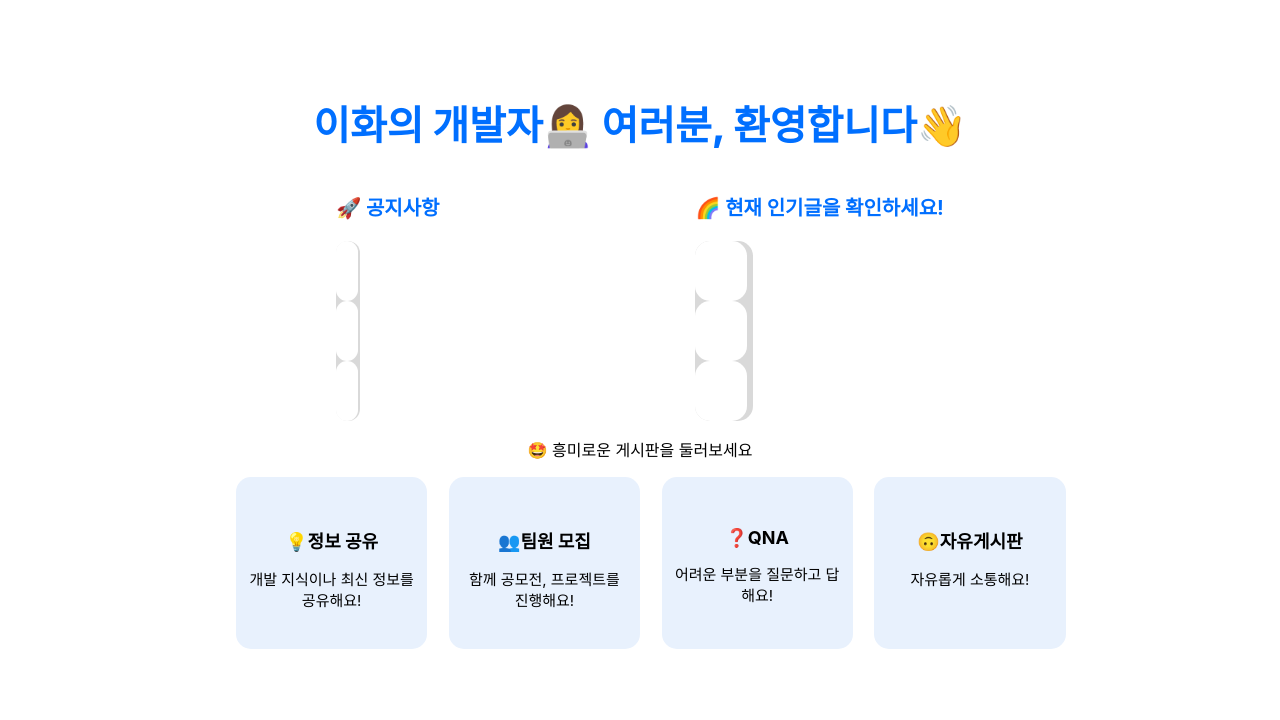
Repository: TeamCosine/Front
Page: /home
These files come from the project's save history. The page is drawn as it stood at one moment and after a run of saves; the edit follows.
The browser window is 1280 px wide. The pictures show the whole page.
The project was rebuilt for these pictures with package versions that can differ from the ones it lists, and the page was loaded fresh each time. Also part of the build but not shown: src/pages/Profile.js, src/pages/Login.js, src/components/MyInfo/Card.js, src/pages/MyInfo.js, src/pages/Write.js, src/components/common/Title.js, src/pages/Qna.js, src/pages/Invite.js.

Above is the page before, as saved 2023-07-15 22:00:04.

After the next 4 saves:
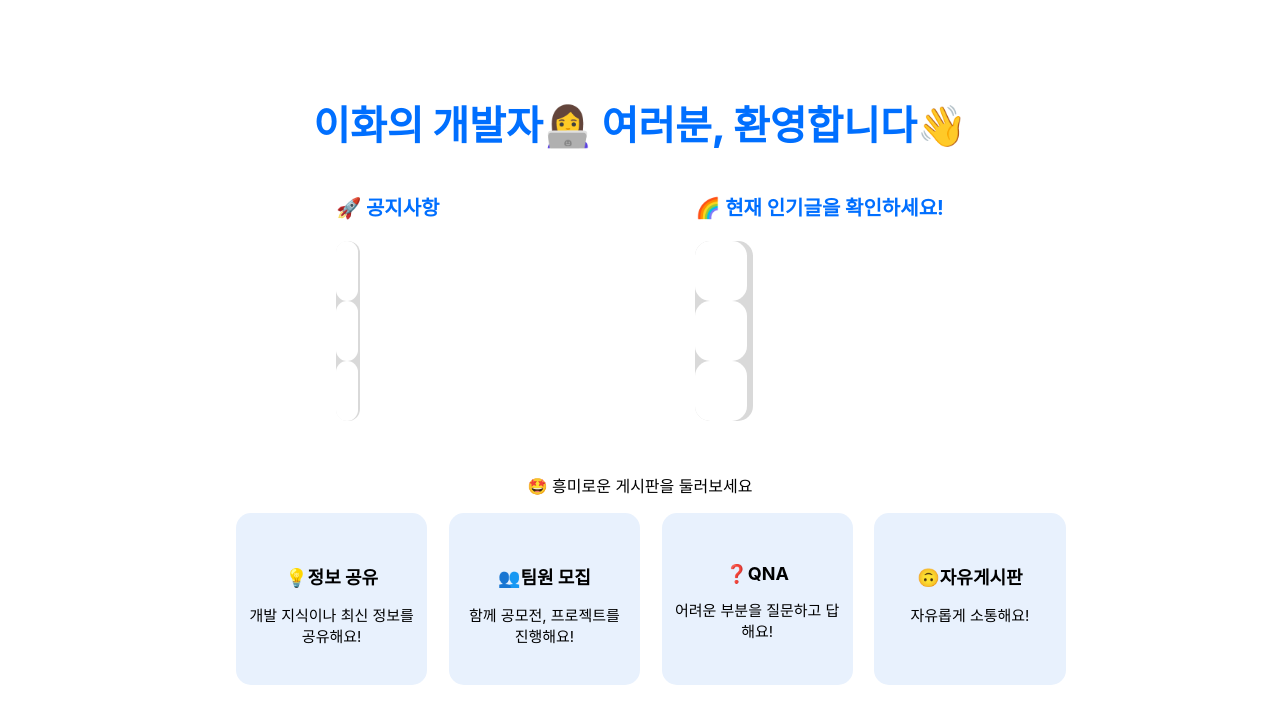
The 4 saves are shown as one change because they came seconds apart.
The last was saved 38 s later.
--- a/src/pages/Home.js
+++ b/src/pages/Home.js
@@ -44,7 +44,9 @@ const HomeContainer = styled.div`
 
 
 `;
-const Menu = styled.div``;
+const Menu = styled.div`
+    margin-top: 5vh;
+`;
 const MenuContainer=styled.div`
    display: flex;
    flex-direction: row;
